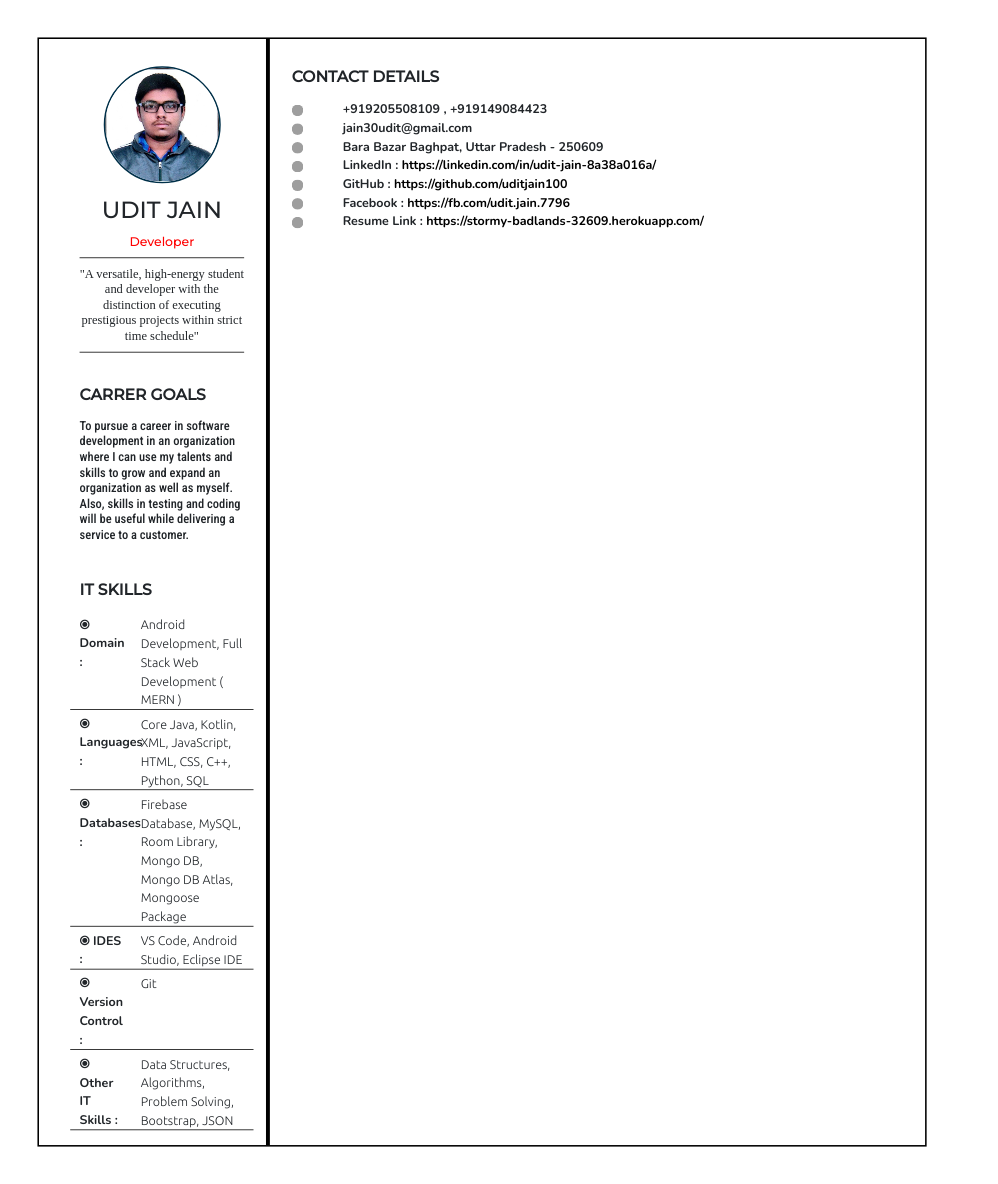
Repository: uditjain100/Resume
Page: app.html
An editor plug-in stored every save of this project. The page is shown before and after the next save, followed by the edit.
The browser window is 1280 px wide. The pictures show the whole page, at 78% of full size.
Pictures or frames that could not be fetched are drawn as grey boxes. Some web fonts or font styles are not loaded; a fallback is used.

Above is the page before, as saved 2021-05-27 16:34:34.

### app.html
<!DOCTYPE html>
<html lang="en">
	<head>
		<meta charset="UTF-8" />
		<meta http-equiv="X-UA-Compatible" content="IE=edge" />
		<meta name="viewport" content="width=device-width, initial-scale=1.0" />
		<title>RESUME : Udit Jain</title>
		<link rel="stylesheet" href="app.css" />
		<script
			src="https://code.jquery.com/jquery-3.5.1.min.js"
			integrity="sha256-9/aliU8dGd2tb6OSsuzixeV4y/faTqgFtohetphbbj0="
			crossorigin="anonymous"
		></script>
		<link
			href="https://cdn.jsdelivr.net/npm/bootstrap@5.0.0-beta1/dist/css/bootstrap.min.css"
			rel="stylesheet"
			integrity="sha384-giJF6kkoqNQ00vy+HMDP7azOuL0xtbfIcaT9wjKHr8RbDVddVHyTfAAsrekwKmP1"
			crossorigin="anonymous"
		/>

		<link rel="preconnect" href="https://fonts.gstatic.com" />
		<link
			href="https://fonts.googleapis.com/css2?family=Montserrat:wght@300;500&display=swap"
			rel="stylesheet"
		/>
		<link
			href="https://fonts.googleapis.com/css2?family=Roboto+Condensed:wght@500&display=swap"
			rel="stylesheet"
		/>
		<link
			href="https://fonts.googleapis.com/css2?family=Spartan:wght@500&display=swap"
			rel="stylesheet"
		/>
		<link
			href="https://fonts.googleapis.com/css2?family=Red+Hat+Display&display=swap"
			rel="stylesheet"
		/>
		<link
			href="https://fonts.googleapis.com/css2?family=Ubuntu:wght@300&display=swap"
			rel="stylesheet"
		/>
		<link
			href="https://fonts.googleapis.com/css2?family=Quicksand:wght@700&display=swap"
			rel="stylesheet"
		/>
		<link
			href="https://fonts.googleapis.com/css2?family=Nunito:wght@700&display=swap"
			rel="stylesheet"
		/>
		<link
			href="https://fonts.googleapis.com/css2?family=Akaya+Kanadaka&display=swap"
			rel="stylesheet"
		/>
		<link
			href="https://fonts.googleapis.com/css2?family=Poppins:wght@400&display=swap"
			rel="stylesheet"
		/>
	</head>
	<body>
		<main class="container row my-5 mx-5" id="wholewindow">
			<section id="leftwindow" class="col-3">
				<article id="namebox">
					<img
						id="profileimg"
						src="profile.jpg"
						class="card-img-top"
						alt="..."
					/>
					<div class="card-body">
						<h3 class="card-title" style="font-size: 30px; font-weight: 400">
							UDIT JAIN
						</h3>
						<h6 class="card-subtitle mx-auto">Developer</h6>
						<p id="summary">
							"A versatile, high-energy student and developer with the
							distinction of executing prestigious projects within strict time
							schedule"
						</p>
					</div>
				</article>
				<article id="goalbox">
					<div class="card-body">
						<h3 class="card-title">CARRER GOALS</h3>
						<p>
							To pursue a career in software development in an organization
							where I can use my talents and skills to grow and expand an
							organization as well as myself. Also, skills in testing and coding
							will be useful while delivering a service to a customer.
						</p>
					</div>
				</article>
				<article id="itskillsbox">
					<div class="card-body">
						<h3 class="card-title">IT SKILLS</h3>
						<ul class="list-group">
							<li id="itskillsitem" class="row">
								<span class="col-4" id="que">⦿ Domain : </span>
								<span class="col-8" id="ans"
									>Android Development, Full Stack Web Development ( MERN
									)</span
								>
							</li>
							<li id="itskillsitem" class="row">
								<span class="col-4" id="que">⦿ Languages : </span>
								<span class="col-8" id="ans"
									>Core Java, Kotlin, XML, JavaScript, HTML, CSS, C++, Python,
									SQL</span
								>
							</li>
							<li id="itskillsitem" class="row">
								<span class="col-4" id="que">⦿ Databases : </span>
								<span class="col-8" id="ans"
									>Firebase Database, MySQL, Room Library, Mongo DB, Mongo DB
									Atlas, Mongoose Package</span
								>
							</li>
							<li id="itskillsitem" class="row">
								<span class="col-4" id="que">⦿ IDES : </span>
								<span class="col-8" id="ans"
									>VS Code, Android Studio, Eclipse IDE</span
								>
							</li>
							<li id="itskillsitem" class="row">
								<span class="col-4" id="que">⦿ Version Control : </span>
								<span class="col-8" id="ans">Git</span>
							</li>
							<li id="itskillsitem" class="row">
								<span class="col-4" id="que">⦿ Other IT Skills : </span>
								<span class="col-8" id="ans"
									>Data Structures, Algorithms, Problem Solving, Bootstrap,
									JSON</span
								>
							</li>
						</ul>
					</div>
				</article>
			</section>
			<section id="rightwindow" class="col-9">
				<div id="contactbox" style="border: none">
					<div class="card-body">
						<h3 class="card-title">CONTACT DETAILS</h3>
						<ul class="list-group">
							<li id="contactitem" class="row">
								<div class="col-1">
									<img
										src="https://cdn.jsdelivr.net/npm/simple-icons@3.0.1/icons/android.svg"
										alt=""
									/>
								</div>
								<div class="col-11">+919205508109 , +919149084423</div>
							</li>
							<li id="contactitem" class="row">
								<div class="col-1">
									<img
										src="https://cdn.jsdelivr.net/npm/simple-icons@3.0.1/icons/gmail.svg"
										alt=""
									/>
								</div>
								<div class="col-11">jain30udit@gmail.com</div>
							</li>
							<li id="contactitem" class="row">
								<div class="col-1">
									<img
										src="https://cdn.jsdelivr.net/npm/simple-icons@3.0.1/icons/googlemaps.svg"
										alt=""
									/>
								</div>
								<div class="col-11">
									Bara Bazar Baghpat, Uttar Pradesh - 250609
								</div>
							</li>
							<li id="contactitem" class="row">
								<div class="col-1">
									<img
										src="https://cdn.jsdelivr.net/npm/simple-icons@4.13.0/icons/linkedin.svg"
										alt=""
									/>
								</div>
								<div style="text-align: left; margin-left: 0" class="col-11">
									<span style="font-weight: 800">LinkedIn :</span>
									<a href="https://linkedin.com/in/udit-jain-8a38a016a/"
										><span id="link"
											>https://linkedin.com/in/udit-jain-8a38a016a/</span
										></a
									>
								</div>
							</li>
							<li id="contactitem" class="row">
								<div class="col-1">
									<img
										src="https://cdn.jsdelivr.net/npm/simple-icons@4.13.0/icons/github.svg"
										alt=""
									/>
								</div>
								<div style="text-align: left; margin-left: 0" class="col-11">
									<span style="font-weight: 800">GitHub :</span>
									<a href="https://github.com/uditjain100"
										><span id="link">https://github.com/uditjain100</span></a
									>
								</div>
							</li>
							<li id="contactitem" class="row">
								<div class="col-1">
									<img
										src="https://cdn.jsdelivr.net/npm/simple-icons@4.13.0/icons/facebook.svg"
										alt=""
									/>
								</div>
								<div style="text-align: left; margin-left: 0" class="col-11">
									<span style="font-weight: 800">Facebook :</span>
									<a href="https://fb.com/udit.jain.7796"
										><span id="link">https://fb.com/udit.jain.7796</span></a
									>
								</div>
							</li>
							<li id="contactitem" class="row">
								<div class="col-1">
									<img
										src="https://cdn.jsdelivr.net/npm/simple-icons@4.13.0/icons/webpack.svg"
										alt=""
									/>
								</div>
								<div style="text-align: left; margin-left: 0" class="col-11">
									<span style="font-weight: 800">Resume Link :</span>
									<a href="https://stormy-badlands-32609.herokuapp.com/"
										><span id="link"
											>https://stormy-badlands-32609.herokuapp.com/</span
										></a
									>
								</div>
							</li>
						</ul>
					</div>
				</div>
			</section>
		</main>
	</body>
</html>

### app.css
/* * Common Section */

@keyframes transitionIn {
	from {
		opacity: 0;
		transform: rotateY(-10deg);
	}
	to {
		opacity: 1;
		transform: rotateY(0);
	}
}

html {
	animation: transitionIn 1s;
}

p {
	font-family: "Roboto Condensed", sans-serif;
	line-height: 20px;
}

/*  ********************* resume work */

#wholewindow {
	margin-top: 100px;
	border: 2px black solid;
	display: flex;
	flex-direction: row;
	flex-wrap: wrap;
	justify-content: space-evenly;
	/* align-items: center; */
}

#leftwindow {
	border-right: 5px black solid;
	padding-top: 25px;
	min-width: 250px;
}

#rightwindow {
	margin-top: 20px;
	min-width: 250px;
}

#namebox {
	display: flex;
	flex-direction: column;
	flex-wrap: wrap;
	align-items: center;
	text-align: center;
	font-family: "Montserrat";
}

#profileimg {
	width: 150px;
	height: 150px;
	border-radius: 50%;
	border: 2px #003049 solid;
	margin-top: 10px;
}
#summary {
	font-family: "Akaya Kanadaka";
	margin-top: 10px;
	margin-bottom: 10px;
	padding-top: 10px;
	padding-bottom: 10px;

	border-bottom: 1px black solid;
	border-top: 1px black solid;
}

.card-subtitle {
	color: red;
}

#itskillsitem,
#managementskillsitem {
	border-bottom: 1px black solid;
	margin-top: 3px;
	margin-bottom: 3px;
}

#que {
	font-family: "Nunito";
	font-weight: 900;
	text-align: left;
}

#ans {
	font-family: "Ubuntu";
	font-weight: 400;
	text-align: left;
}

li img {
	width: 15px;
	height: 15px;
	border-radius: 50%;
	margin-right: 5px;
}

#contactitem {
	font-family: "Nunito";
}

#contactitem div a {
	color: black;
	text-decoration: none;
	transition: 0.3s;
}

#contactitem div a:hover {
	color: dodgerblue;
	text-decoration: underline;
}

#educationtitle {
	font-family: "Red Hat Display";
	font-weight: 200;
}

#educationitem,
#projectitem {
	margin-bottom: 10px;
	padding-bottom: 10px;
	border-bottom: 1px black solid;
}

#details {
	font-family: "Ubuntu";
}

#institutename {
	text-decoration: underline;
}

#timestamp {
	font-size: 13px;
}

#stream {
	font-size: 16px;
	font-weight: 400;
}

#subjects {
	font-size: 10px;
	font-weight: 300;
}

#marks {
	font-size: 15px;
	font-weight: 700;
}

#projecttitle {
	font-family: "Red Hat Display";
	font-weight: 400;
}

#projectdetails {
	margin-left: 25px;
}

.card {
	background-color: black;
}

.card-title {
	font-family: "Montserrat";
	font-weight: 900;
	font-size: 20px;
	padding-bottom: 10px;
	border: none;
}

/* * Common Section */

.footer {
	position: -webkit-sticky;
	left: 0;
	bottom: 0;
	width: 100%;
	color: white;
	text-align: center;
	font-family: "Montserrat";
}

After the next save:
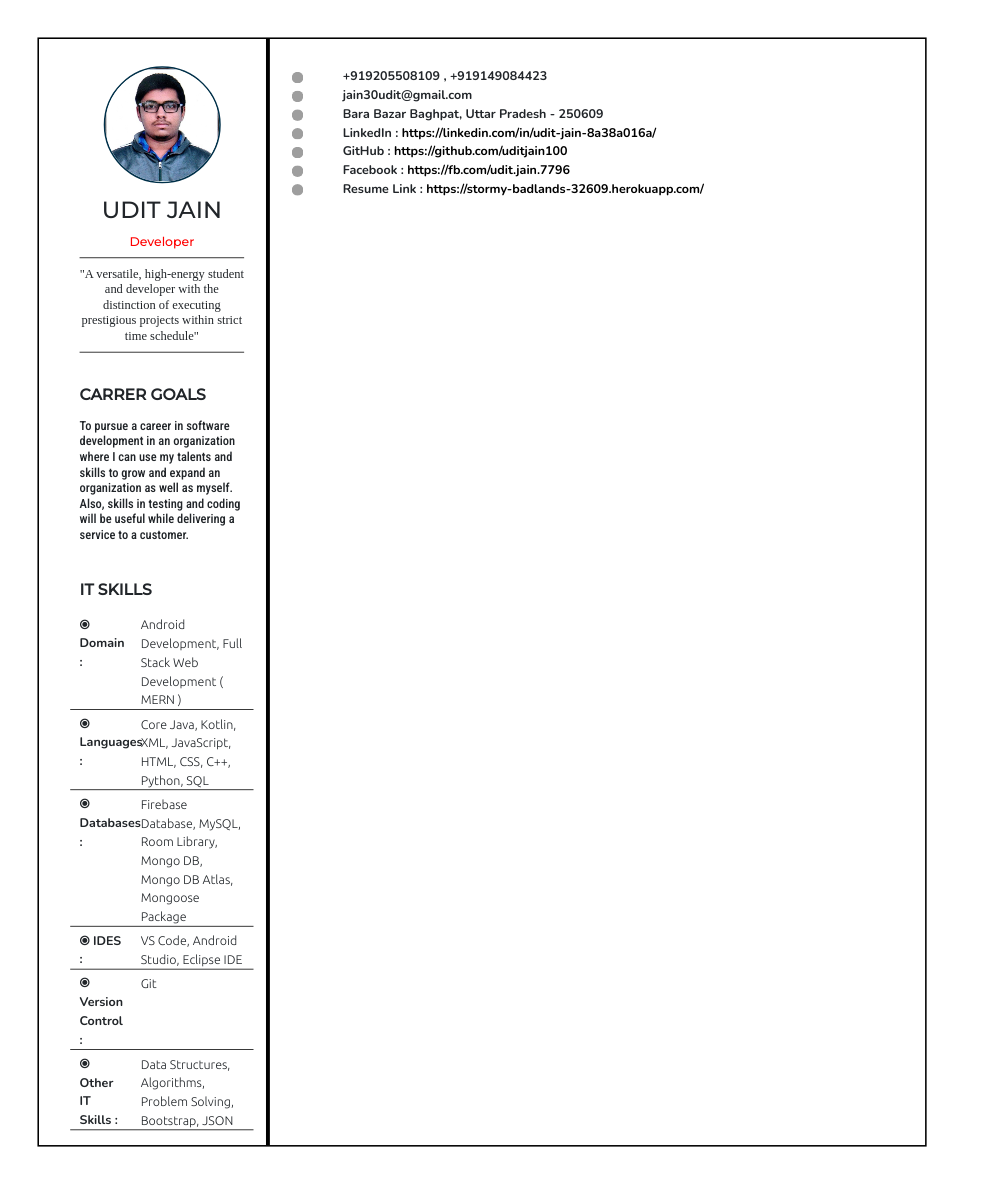
Saved 16 s later.
--- a/app.html
+++ b/app.html
@@ -138,7 +138,6 @@
 			<section id="rightwindow" class="col-9">
 				<div id="contactbox" style="border: none">
 					<div class="card-body">
-						<h3 class="card-title">CONTACT DETAILS</h3>
 						<ul class="list-group">
 							<li id="contactitem" class="row">
 								<div class="col-1">
